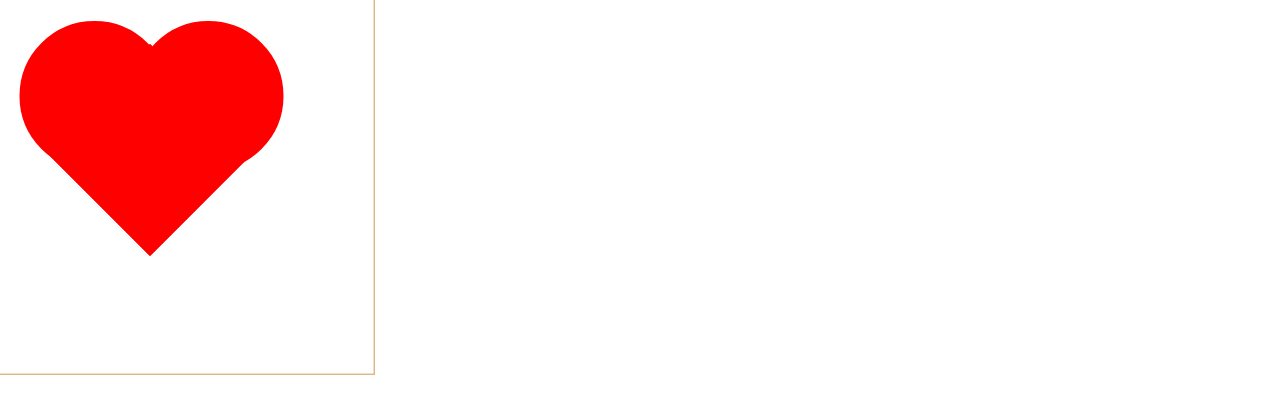
Repository: Lixianlai-2/Css-practice
Page: CSS动画/跳动的心/index.html
An editor plug-in stored every save of this project. The page is shown before and after a run of saves, followed by the edit.
The browser window is 1280 px wide. The pictures show the whole page.

Above is the page before, as saved 2021-12-09 11:31:14.

After the next 3 saves:
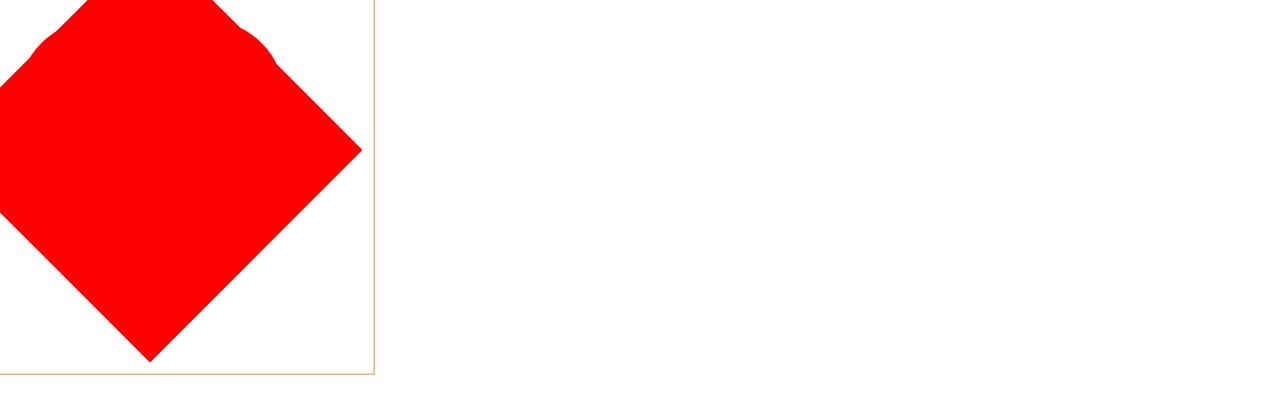
The 3 saves are shown as one change because they came seconds apart.
The last was saved 10 s later.
--- a/CSS动画/跳动的心/style.css
+++ b/CSS动画/跳动的心/style.css
@@ -35,7 +35,7 @@
 }
 .bottom {
   position: absolute;
-  border: 3px solid red;
+  border: 100px solid red;
   width: 100px;
   height: 100px;
   top: 50%;

After the save that followed:
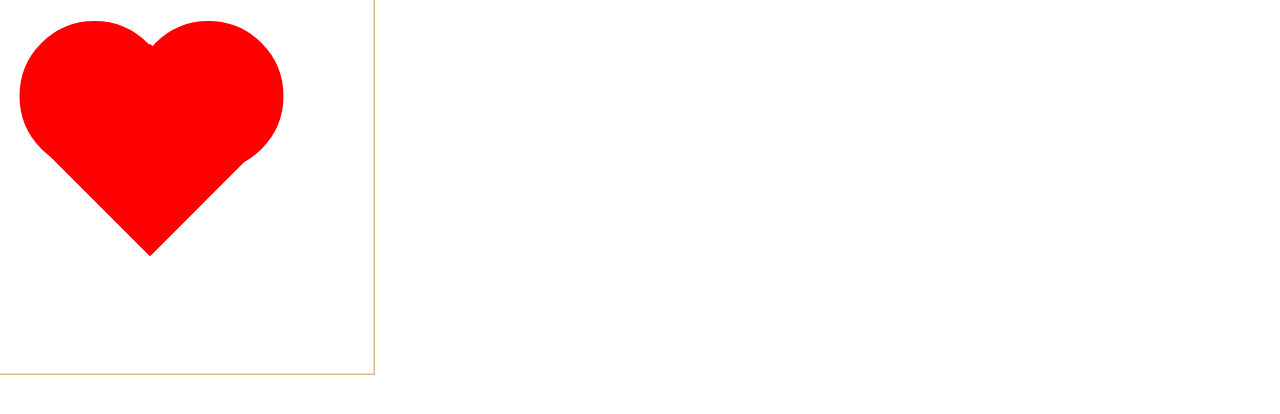
Saved 5 s later.
--- a/CSS动画/跳动的心/style.css
+++ b/CSS动画/跳动的心/style.css
@@ -35,7 +35,7 @@
 }
 .bottom {
   position: absolute;
-  border: 100px solid red;
+  border: 10px solid red;
   width: 100px;
   height: 100px;
   top: 50%;
